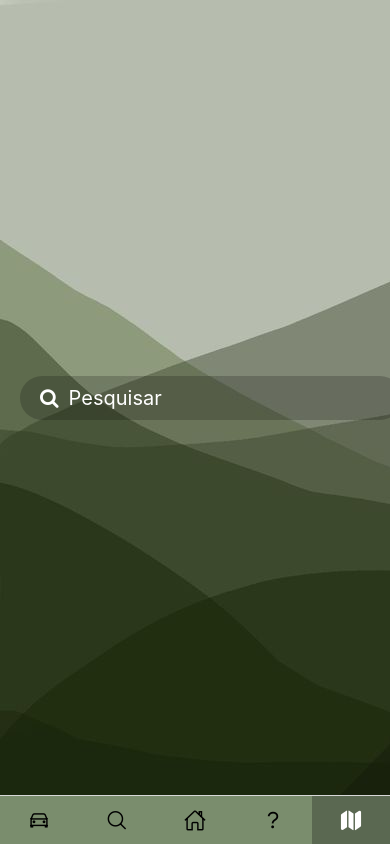
Repository: GabrielAron/EcoWheels
Screen: /Recarga
The author's editor kept a copy of each file at every save. The screen is drawn from the files as they stood at one save, then again after the next save.
The app was drawn by React Native's web renderer in a window 390 px wide. The project was rebuilt for these pictures with package versions that can differ from the ones it lists, and the page was loaded fresh each time. Also part of the build but not shown: src/Paginas/Home/index.js, src/Paginas/Carros/index.js, src/Paginas/Ajuda/index.js.

Above is the screen before, as saved 2023-11-07 13:17:58.

After the next save:
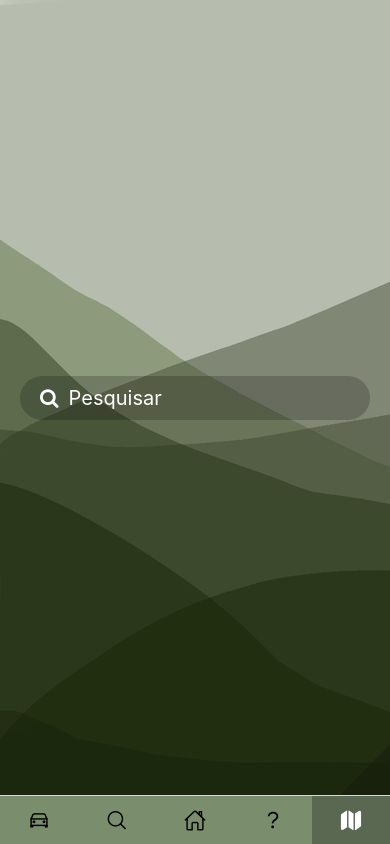
Saved 4 s later.
--- a/src/Paginas/Mapa/index.js
+++ b/src/Paginas/Mapa/index.js
@@ -58,7 +58,7 @@ const styles = StyleSheet.create({
     margin: 20,
     paddingHorizontal: 20,
     paddingVertical: 10,
-    position: 'absolute', // Adicionado para posicionar no topo
+
 
 
 
